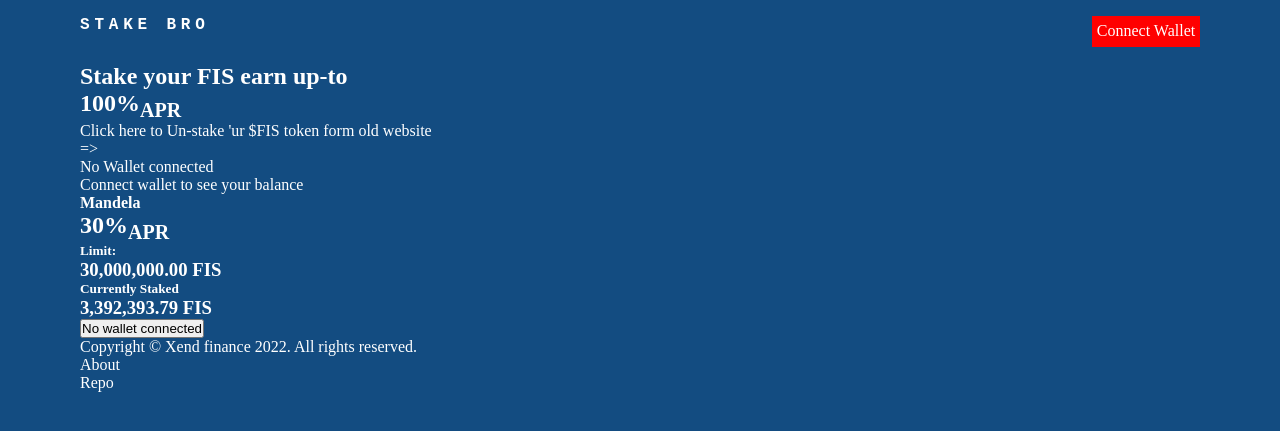
Repository: NorVirae/Stake
Page: /
The author's editor kept a copy of each file at every save. The page is drawn from the files as they stood at one save, then again after a run of saves.
The browser window is 1280 px wide. The pictures show the whole page.
The project was rebuilt for these pictures with package versions that can differ from the ones it lists, and the page was loaded fresh each time.

Above is the page before, as saved 2022-04-18 01:05:30.

After the next 3 saves:
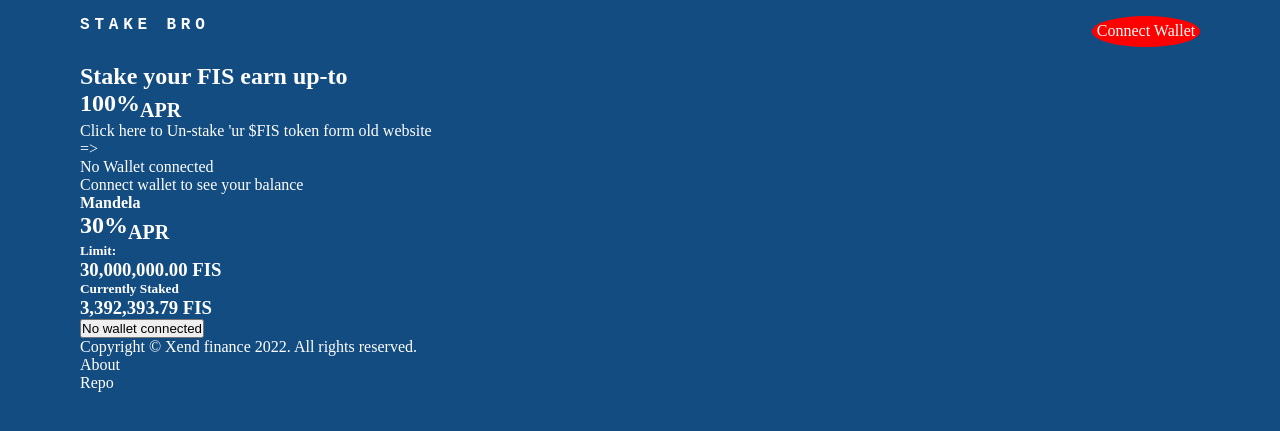
The 3 saves are shown as one change because they came seconds apart.
The last was saved 14 s later.
--- a/src/styles/app.css
+++ b/src/styles/app.css
@@ -43,4 +43,5 @@ nav {
 .connect-wallet-btn{
     background-color: red;
     padding: .4rem .3rem;
+    border-radius: 50%;
 }
